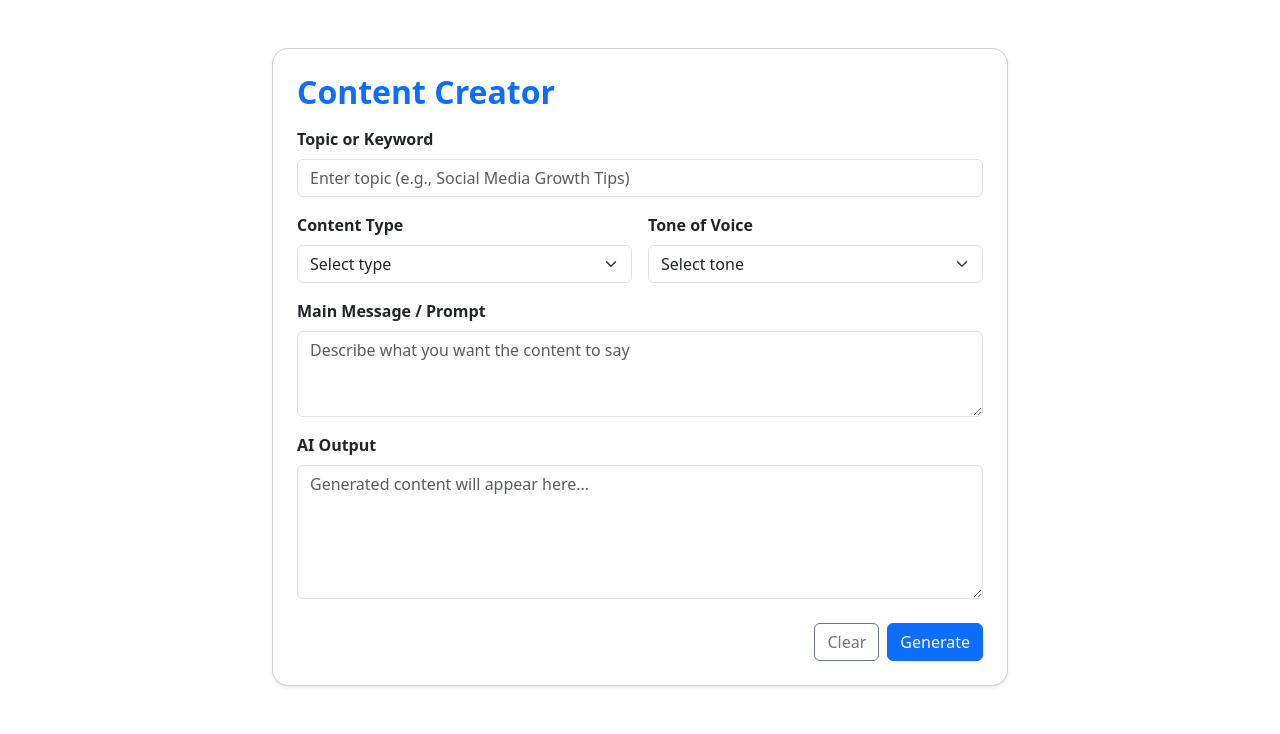
Repository: tonym642/bizcore360-wp
Page: pages/content-creator.html
These files come from the project's save history. The page is drawn as it stood at one moment and after the next save; the edit follows.
The browser window is 1280 px wide. The pictures show the whole page.

Above is the page before, as saved 2025-10-22 15:01:48.

### pages/content-creator.html

<!DOCTYPE html>
<html lang="en">
<head>
  <meta charset="UTF-8">
  <meta name="viewport" content="width=device-width, initial-scale=1.0">
  <title>Content Creator</title>
  <link href="https://cdn.jsdelivr.net/npm/bootstrap@5.3.2/dist/css/bootstrap.min.css" rel="stylesheet">
  <link href="../assets/css/style.css" rel="stylesheet">
</head>
<body>
  <div class="container py-5">
    <div class="row justify-content-center">
      <div class="col-lg-8">
        <div class="card shadow-sm p-4 rounded-4" id="contentCreatorCard">
          <h2 class="mb-3 fw-bold text-primary">Content Creator</h2>
          <form id="contentCreatorForm" class="needs-validation" novalidate>
            <div class="row g-3">
              <div class="col-md-12">
                <label class="form-label fw-semibold">Topic or Keyword</label>
                <input type="text" class="form-control" id="contentTopic" placeholder="Enter topic (e.g., Social Media Growth Tips)" required />
              </div>
              <div class="col-md-6">
                <label class="form-label fw-semibold">Content Type</label>
                <select class="form-select" id="contentType" required>
                  <option value="">Select type</option>
                  <option>Social Post</option>
                  <option>Blog Article</option>
                  <option>Email Campaign</option>
                  <option>Ad Copy</option>
                </select>
              </div>
              <div class="col-md-6">
                <label class="form-label fw-semibold">Tone of Voice</label>
                <select class="form-select" id="contentTone">
                  <option value="">Select tone</option>
                  <option>Professional</option>
                  <option>Friendly</option>
                  <option>Inspirational</option>
                  <option>Funny</option>
                </select>
              </div>
              <div class="col-md-12">
                <label class="form-label fw-semibold">Main Message / Prompt</label>
                <textarea class="form-control" id="contentPrompt" rows="3" placeholder="Describe what you want the content to say"></textarea>
              </div>
              <div class="col-md-12">
                <label class="form-label fw-semibold">AI Output</label>
                <textarea class="form-control" id="contentOutput" rows="5" placeholder="Generated content will appear here..." readonly></textarea>
              </div>
            </div>
            <div class="mt-4 d-flex justify-content-end">
              <button type="button" class="btn btn-outline-secondary me-2" id="clearContent">Clear</button>
              <button type="button" class="btn btn-primary" id="generateContent">Generate</button>
            </div>
          </form>
          <div id="contentCreatorAlert" class="alert alert-success mt-3 d-none" role="alert">
            ✅ Content generated successfully!
          </div>
        </div>
      </div>
    </div>
  </div>
  <script src="https://cdn.jsdelivr.net/npm/bootstrap@5.3.2/dist/js/bootstrap.bundle.min.js"></script>
</body>
</html>

### assets/css/style.css
/* ===========================================================
   BizCore360 App CSS Isolation - v2025.10.22
   =========================================================== */

#bizcore360-app * {
  all: revert !important;
  box-sizing: border-box !important;
  font-family: 'Inter', sans-serif !important;
  font-size: 14px !important;
  color: #212529 !important;
}

#bizcore360-app {
  padding: 1rem !important;
  background: transparent !important;
}

#bizcore360-app .container-fluid {
  max-width: 1200px;
  margin: 0 auto;
  padding: 2rem !important;
}

#bizcore360-app .card {
  background-color: #fff !important;
  border: 1px solid #e5e7eb !important;
  border-radius: .75rem !important;
  box-shadow: 0 4px 12px rgba(0, 0, 0, 0.05) !important;
}

#bizcore360-app h4 {
  color: #0d6efd !important;
  font-weight: 600 !important;
  margin-bottom: 1rem !important;
}

#bizcore360-app label {
  font-weight: 500 !important;
  color: #212529 !important;
  margin-bottom: .25rem !important;
}

#bizcore360-app input.form-control,
#bizcore360-app textarea.form-control,
#bizcore360-app select.form-select {
  border: 1px solid #dee2e6 !important;
  background-color: #fff !important;
  color: #212529 !important;
  width: 100% !important;
  padding: .5rem .75rem !important;
  border-radius: .375rem !important;
  display: block !important;
}

#bizcore360-app input[readonly] {
  background-color: #f8f9fa !important;
}

#bizcore360-app button.btn {
  font-size: 14px !important;
  padding: .45rem 1rem !important;
  border-radius: .375rem !important;
}

#bizcore360-app .btn-outline-secondary {
  border-color: #ced4da !important;
  color: #495057 !important;
}

#bizcore360-app .btn-primary {
  background-color: #0d6efd !important;
  border-color: #0d6efd !important;
}

#bizcore360-app .alert {
  font-size: 14px !important;
  border-radius: .375rem !important;
  margin-top: 1rem !important;
}

After the next save:
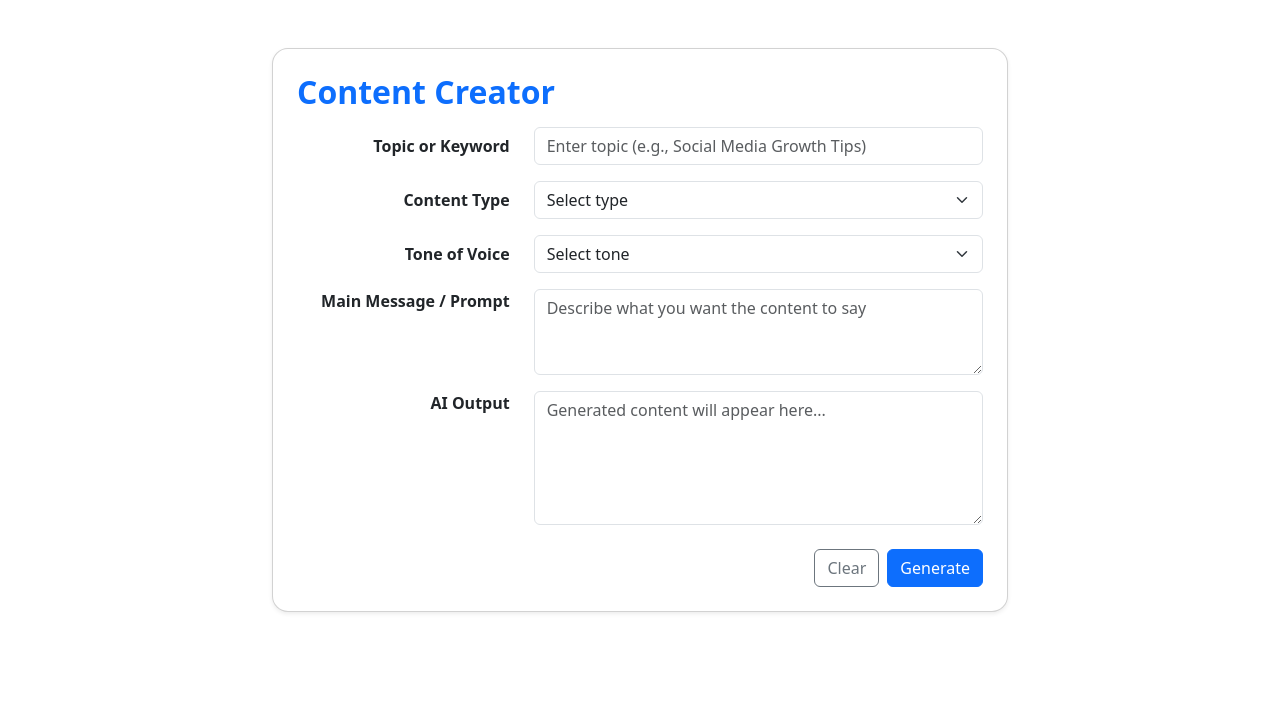
Saved 93 s later.
--- a/pages/content-creator.html
+++ b/pages/content-creator.html
@@ -15,14 +15,20 @@
         <div class="card shadow-sm p-4 rounded-4" id="contentCreatorCard">
           <h2 class="mb-3 fw-bold text-primary">Content Creator</h2>
           <form id="contentCreatorForm" class="needs-validation" novalidate>
-            <div class="row g-3">
-              <div class="col-md-12">
-                <label class="form-label fw-semibold">Topic or Keyword</label>
-                <input type="text" class="form-control" id="contentTopic" placeholder="Enter topic (e.g., Social Media Growth Tips)" required />
+            <div class="row mb-3 flex-row align-items-center">
+              <div class="col-5 col-md-4 d-flex align-items-center justify-content-md-end justify-content-start">
+                <label for="contentTopic" class="form-label fw-semibold w-100 text-md-end text-start mb-0">Topic or Keyword</label>
               </div>
-              <div class="col-md-6">
-                <label class="form-label fw-semibold">Content Type</label>
-                <select class="form-select" id="contentType" required>
+              <div class="col-7 col-md-8">
+                <input type="text" class="form-control text-start" id="contentTopic" placeholder="Enter topic (e.g., Social Media Growth Tips)" required />
+              </div>
+            </div>
+            <div class="row mb-3 flex-row align-items-center">
+              <div class="col-5 col-md-4 d-flex align-items-center justify-content-md-end justify-content-start">
+                <label for="contentType" class="form-label fw-semibold w-100 text-md-end text-start mb-0">Content Type</label>
+              </div>
+              <div class="col-7 col-md-8">
+                <select class="form-select text-start" id="contentType" required>
                   <option value="">Select type</option>
                   <option>Social Post</option>
                   <option>Blog Article</option>
@@ -30,9 +36,13 @@
                   <option>Ad Copy</option>
                 </select>
               </div>
-              <div class="col-md-6">
-                <label class="form-label fw-semibold">Tone of Voice</label>
-                <select class="form-select" id="contentTone">
+            </div>
+            <div class="row mb-3 flex-row align-items-center">
+              <div class="col-5 col-md-4 d-flex align-items-center justify-content-md-end justify-content-start">
+                <label for="contentTone" class="form-label fw-semibold w-100 text-md-end text-start mb-0">Tone of Voice</label>
+              </div>
+              <div class="col-7 col-md-8">
+                <select class="form-select text-start" id="contentTone">
                   <option value="">Select tone</option>
                   <option>Professional</option>
                   <option>Friendly</option>
@@ -40,13 +50,21 @@
                   <option>Funny</option>
                 </select>
               </div>
-              <div class="col-md-12">
-                <label class="form-label fw-semibold">Main Message / Prompt</label>
-                <textarea class="form-control" id="contentPrompt" rows="3" placeholder="Describe what you want the content to say"></textarea>
+            </div>
+            <div class="row mb-3 flex-row align-items-start">
+              <div class="col-5 col-md-4 d-flex align-self-start justify-content-md-end justify-content-start">
+                <label for="contentPrompt" class="form-label fw-semibold w-100 text-md-end text-start mb-0">Main Message / Prompt</label>
               </div>
-              <div class="col-md-12">
-                <label class="form-label fw-semibold">AI Output</label>
-                <textarea class="form-control" id="contentOutput" rows="5" placeholder="Generated content will appear here..." readonly></textarea>
+              <div class="col-7 col-md-8">
+                <textarea class="form-control text-start" id="contentPrompt" rows="3" placeholder="Describe what you want the content to say"></textarea>
+              </div>
+            </div>
+            <div class="row mb-3 flex-row align-items-start">
+              <div class="col-5 col-md-4 d-flex align-self-start justify-content-md-end justify-content-start">
+                <label for="contentOutput" class="form-label fw-semibold w-100 text-md-end text-start mb-0">AI Output</label>
+              </div>
+              <div class="col-7 col-md-8">
+                <textarea class="form-control text-start" id="contentOutput" rows="5" placeholder="Generated content will appear here..." readonly></textarea>
               </div>
             </div>
             <div class="mt-4 d-flex justify-content-end">
@@ -64,3 +82,5 @@
   <script src="https://cdn.jsdelivr.net/npm/bootstrap@5.3.2/dist/js/bootstrap.bundle.min.js"></script>
 </body>
 </html>
+
+<!-- forced-sync: 2025-10-21 17:41:54 -->
